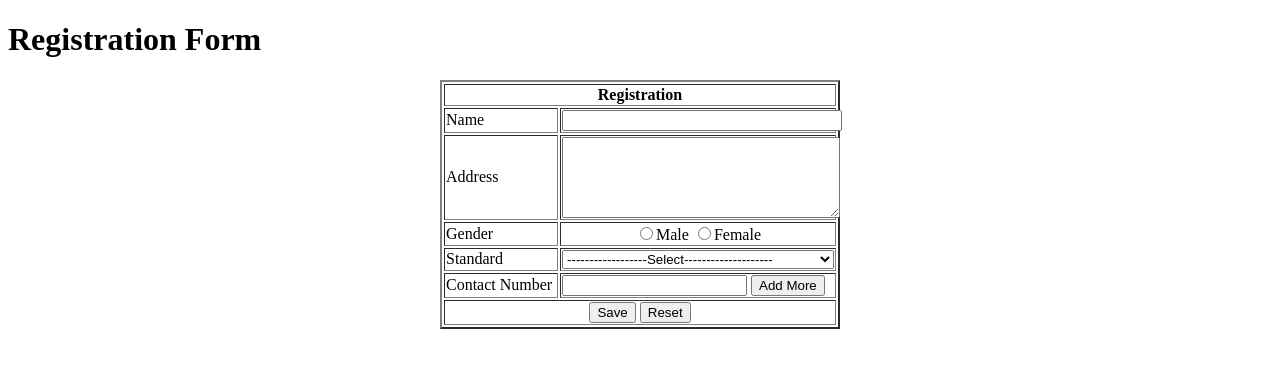
Repository: nsbgit/JavaTutorial
Page: http://localhost/2ndBatch/
An editor plug-in stored every save of this project. The page is shown before and after the next save, followed by the edit.
The browser window is 1280 px wide. The pictures show the whole page.
The page is served by Tomcat 9.

Above is the page before, as saved 2013-12-17 20:34:28.

### Webel Daily Home/J2EE Webel Tutorial Class/2ndBatch/WebContent/1st.jsp
<%@ page language="java" contentType="text/html; charset=ISO-8859-1"
    pageEncoding="ISO-8859-1"%>
<!DOCTYPE html PUBLIC "-//W3C//DTD HTML 4.01 Transitional//EN" "http://www.w3.org/TR/html4/loose.dtd">
<html>
<head>
<meta http-equiv="Content-Type" content="text/html; charset=ISO-8859-1">
<title>Webel Tutorial</title>
</head>
<body>
	<form action="#" method="post">
	<%--
	We have to draw or make a table inside form tag because this tag is required to pass the value into SERVLET
	 --%>
		<table border="2" width="400px" align="center">
		<%--
		Table is created into a row and column manner
		 --%>
			<h1 >Registration Form</h1> <%-- This is for heading of the page --%>

			<tr>
			<%--
			This tag is used for creation of a new row
			 --%>
				<th align="center" colspan="2">Registration</th> <%-- This tag is used for table header --%>
			</tr>

			<tr>
				<td>Name</td> <%-- This tag is for the new column for a particular row --%>
				<td>
					<input type="text" style="width: 100%"> <%-- Syntax for TEXTBOX --%>
				</td>
			</tr>

			<tr>
				<td>Address</td>
				<td>
					<textarea rows="5" cols="15" style="width: 100%"></textarea> <%-- Syntax for TEXT AREA --%>
				</td>
			</tr>


			<tr>
				<td>Gender</td>
				<td align="center">
					<input type="radio">Male <%-- Syntax for RADIO BUTTON --%>
					<input type="radio">Female
				</td>
			</tr>

			<tr>
				<td>Standard</td>
				<td>
					<select style="width: 100%">
					<%--
					This tag is used for creation of drop down list but the option will be not created through it.
					 --%>
						<option>------------------Select--------------------</option>
						<%--
						Options will be created by this tag
						 --%>
						<option>Standard 1</option>
						<option>Standard 2</option>
						<option>Standard 3</option>
						<option>Standard 4</option>
					</select>
				</td>
			</tr>

			<tr>
				<td>Contact Number</td>
				<td>
					<input type="text">
					<input type="button" value="Add More"><%-- Syntax for BUTTON --%>
				</td>
			</tr>

			<tr>
				<td align="center" colspan="2">
					<input type="submit" value="Save">
					<input type="reset" value="Reset">
				</td>
			</tr>



		</table>
	</form>
</body>
</html>

After the next save:
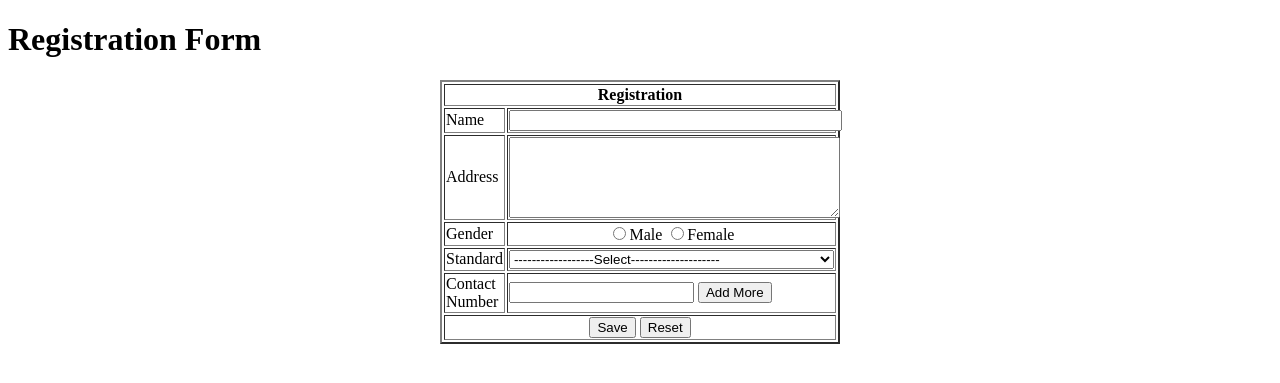
Saved 74 s later.
--- a/Webel Daily Home/J2EE Webel Tutorial Class/2ndBatch/WebContent/1st.jsp
+++ b/Webel Daily Home/J2EE Webel Tutorial Class/2ndBatch/WebContent/1st.jsp
@@ -68,7 +68,7 @@
 
 			<tr>
 				<td>Contact Number</td>
-				<td>
+				<td style="width: 100%">
 					<input type="text">
 					<input type="button" value="Add More"><%-- Syntax for BUTTON --%>
 				</td>

After the save that followed:
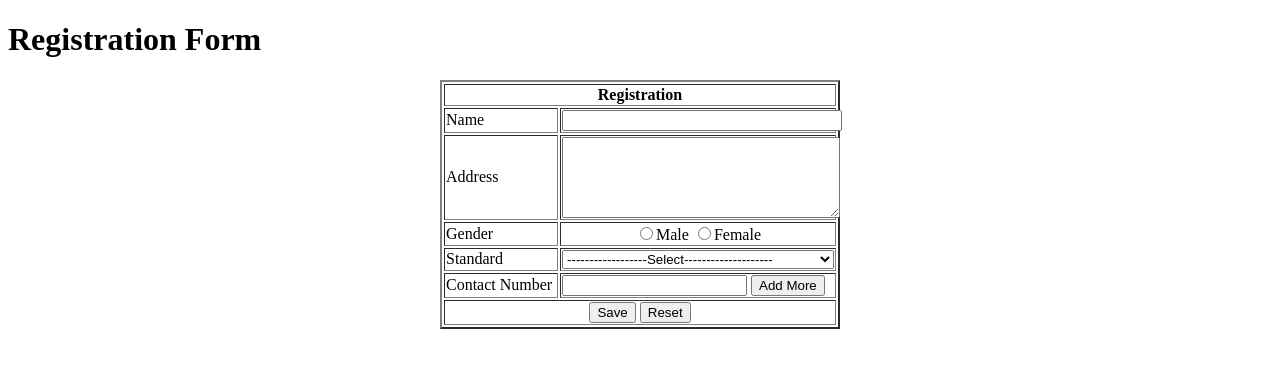
Saved 16 s later.
--- a/Webel Daily Home/J2EE Webel Tutorial Class/2ndBatch/WebContent/1st.jsp
+++ b/Webel Daily Home/J2EE Webel Tutorial Class/2ndBatch/WebContent/1st.jsp
@@ -68,7 +68,7 @@
 
 			<tr>
 				<td>Contact Number</td>
-				<td style="width: 100%">
+				<td>
 					<input type="text">
 					<input type="button" value="Add More"><%-- Syntax for BUTTON --%>
 				</td>
